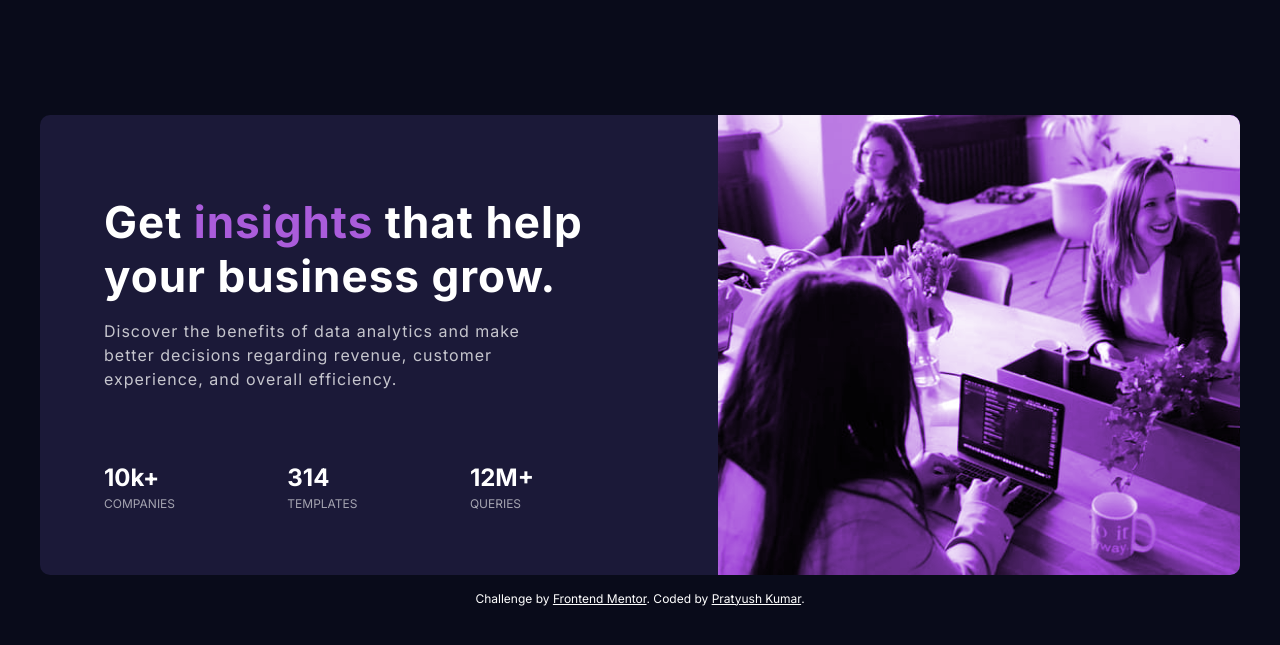
Repository: PratypartyY2K/frontendmentor-challenges
Page: stats-preview-card-component-main/index.html
An editor plug-in stored every save of this project. The page is shown before and after the next save, followed by the edit.
The browser window is 1280 px wide. The pictures show the whole page.

Above is the page before, as saved 2021-07-14 01:20:42.

After the next save:
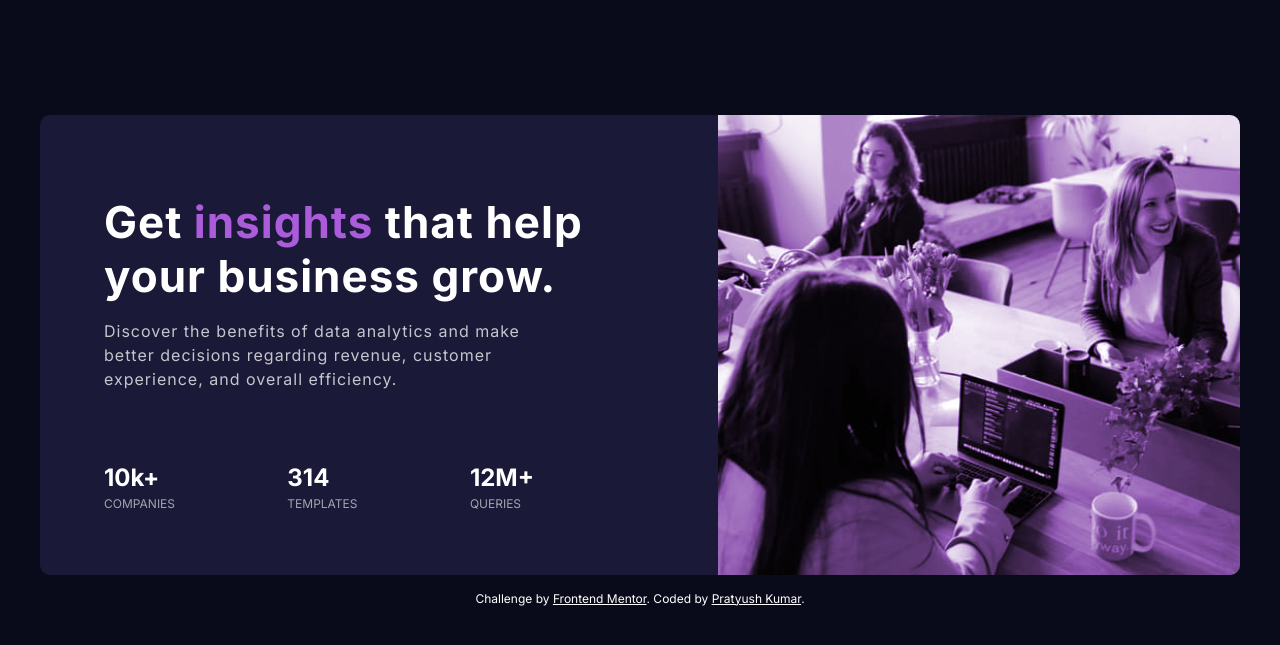
Saved 13 s later.
--- a/stats-preview-card-component-main/style.css
+++ b/stats-preview-card-component-main/style.css
@@ -83,7 +83,7 @@
 }
 
 .overlay {
-    background-color: hsl(277, 65%, 56%);
+    background-color: hsl(277, 37%, 51%);
     height: 100%;
     mix-blend-mode:overlay;
 }
